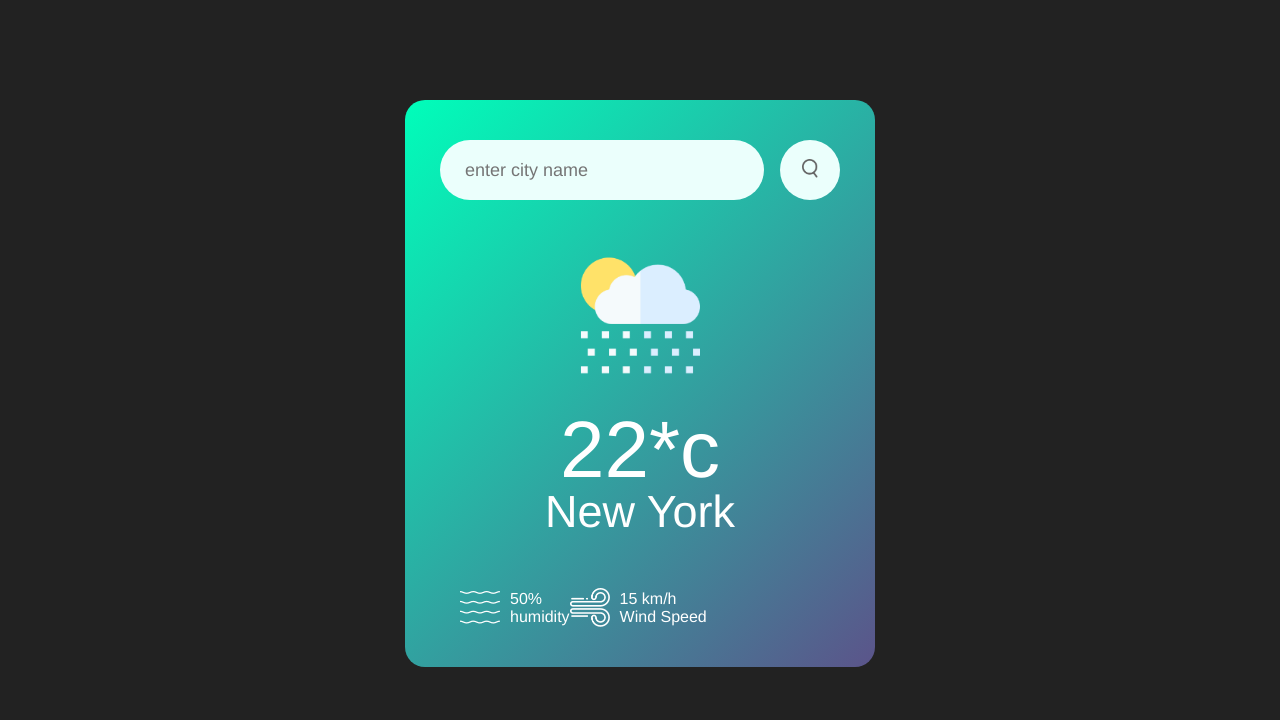
Repository: sodmaq/weatherApp
Page: index.html
These files come from the project's save history. The page is drawn as it stood at one moment and after the next save; the edit follows.
The browser window is 1280 px wide. The pictures show the whole page.

Above is the page before, as saved 2023-06-24 22:43:18.

### index.html
<!DOCTYPE html>
<html lang="en">
  <head>
    <meta charset="UTF-8" />
    <meta name="viewport" content="width=device-width, initial-scale=1.0" />
    <link rel="stylesheet" href="style.css" />
    <title>Weather App</title>
  </head>
  <body>
    <div class="card">
      <div class="search">
        <input type="text" placeholder="enter city name" spellcheck="false" />
        <button><img src="images/search.png" alt="search_icon" /></button>
      </div>
      <div class="weather">
        <img src="images/rain.png" alt="rain_icon" class="weather-icon" />
        <h1 class="temp">22*c</h1>
        <h2 class="city">New York</h2>
        <div class="details">
          <div class="col">
            <img src="images/humidity.png" alt="humidity_icon" />
            <div>
              <p class="humidity">50%</p>
              <p>humidity</p>
            </div>

            <div class="col">
                <img src="images/wind.png" alt="wind_icon" />
                <div>
                  <p class="Wind">15 km/h</p>
                  <p>Wind Speed</p>
                </div>
          </div>
        </div>
      </div>
    </div>
  </body>
</html>

### style.css
* {
  margin: 0;
  padding: 0;
  font-family: "Franklin Gothic Medium", "Arial Narrow", Arial, sans-serif;
  box-sizing: border-box;
}
body {
  background-color: #222;
}

.card {
  width: 90%;
  max-width: 470px;
  background: linear-gradient(135deg, #00feba, #5b548a);
  color: #fff;
  margin: 100px auto 0;
  border-radius: 20px;
  padding: 40px 35px;
  text-align: center;
}
.search {
  width: 100%;
  display: flex;
  align-items: center;
  justify-content: space-between;
}

.search input {
  border: 0;
  outline: 0;
  background: #ebfffc;
  color: #555;
  padding: 10px 25px;
  height: 60px;
  border-radius: 30px;
  flex: 1;
  margin-right: 16px;
  font-size: 18px;
}
.search button {
  border: 0;
  outline: 0;
  background: #ebfffc;
  border-radius: 50%;
  width: 60px;
  height: 60px;
  cursor: pointer;
}
.search button img {
  width: 16px;
}
.weather-icon {
  width: 170px;
  margin-top: 30px;
}
.weather h1 {
  font-size: 80px;
  font-weight: 500;
}

.weather h2 {
  font-size: 45px;
  font-weight: 400;
  margin-top: -10px;
}

.details {
  display: flex;
  align-items: center;
  justify-content: space-between;
  padding: 0 20px;
  margin-top: 50px;
}

.col {
  display: flex;
  align-items: center;
  text-align: left;
}
.col img {
  width: 40px;
  margin-right: 10px ;
}

After the next save:
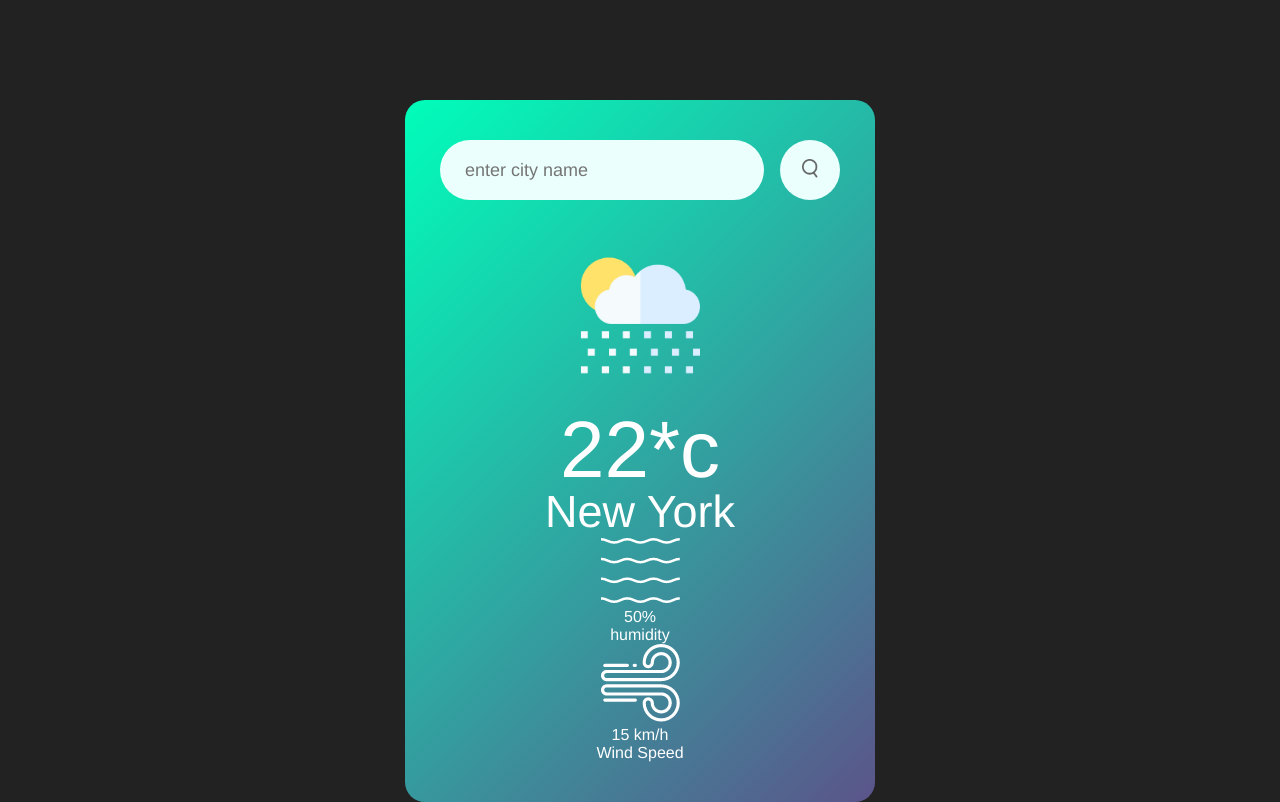
Saved 104 s later.
--- a/style.css
+++ b/style.css
@@ -64,7 +64,7 @@
   margin-top: -10px;
 }
 
-.details {
+/* .details {
   display: flex;
   align-items: center;
   justify-content: space-between;
@@ -80,4 +80,4 @@
 .col img {
   width: 40px;
   margin-right: 10px ;
-}
+} */

After the save that followed:
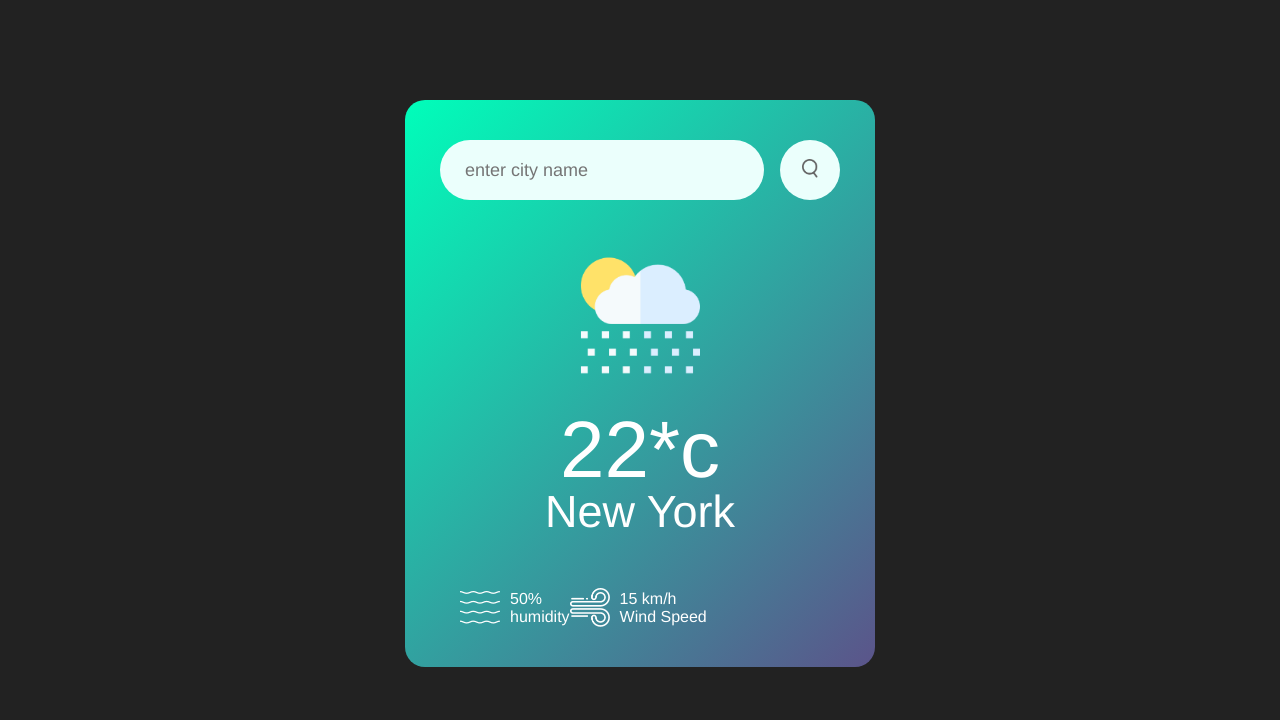
Saved 54 s later.
--- a/style.css
+++ b/style.css
@@ -64,7 +64,7 @@
   margin-top: -10px;
 }
 
-/* .details {
+.details {
   display: flex;
   align-items: center;
   justify-content: space-between;
@@ -80,4 +80,4 @@
 .col img {
   width: 40px;
   margin-right: 10px ;
-} */
+}
